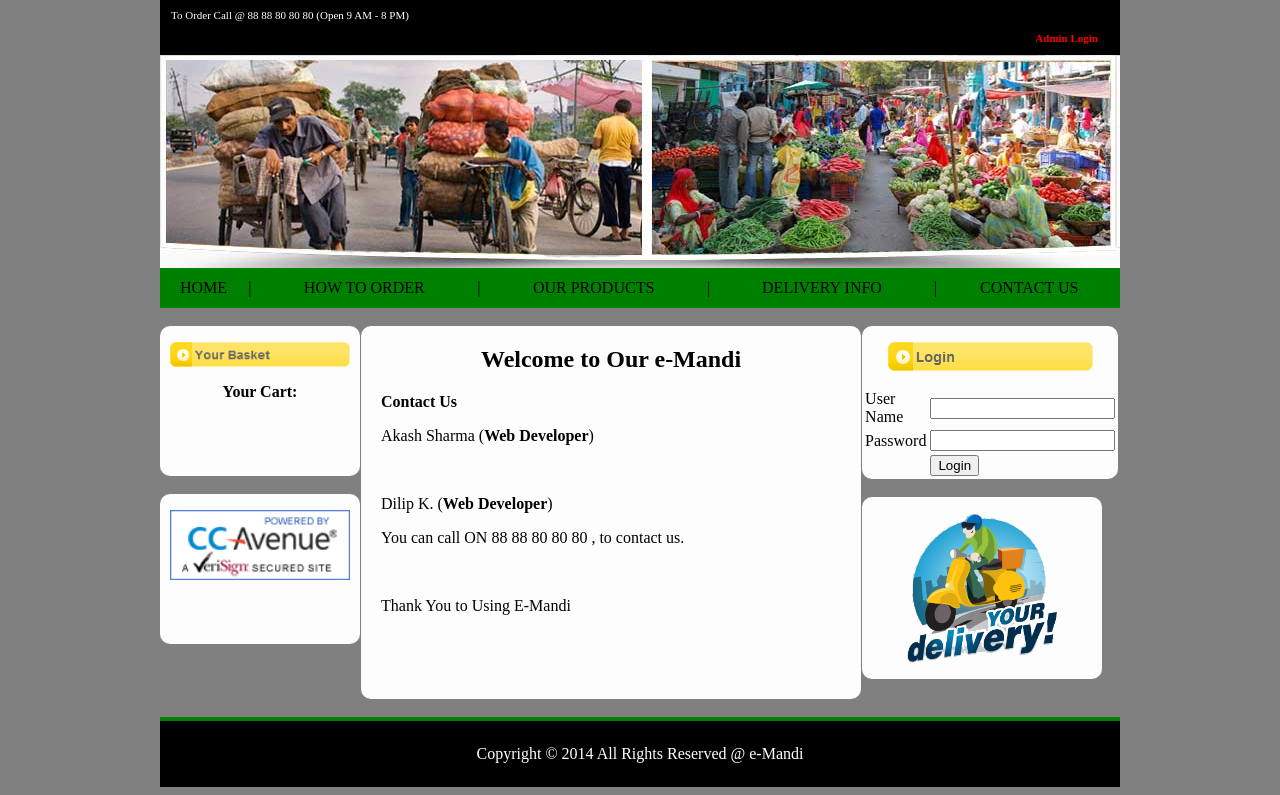
Repository: aashi12/e_mandi
Page: http://localhost/e_mandi/contactUs.jsp
These files come from the project's save history. The page is drawn as it stood at one moment and after the next save; the edit follows.
The browser window is 1280 px wide. The pictures show the whole page.
The page is served by Tomcat 9. Other server files are loaded and not shown.

Above is the page before, as saved 2014-04-18 12:15:21.

### e_mandi/WebContent/contactUs.jsp
<%@ page language="java" contentType="text/html; charset=ISO-8859-1"
    pageEncoding="ISO-8859-1"%>
<!DOCTYPE html PUBLIC "-//W3C//DTD HTML 4.01 Transitional//EN" "http://www.w3.org/TR/html4/loose.dtd">
<html>
<head>
<meta http-equiv="Content-Type" content="text/html; charset=ISO-8859-1">
<title>Online e-Mandi</title>
<link rel="stylesheet" href="style.css" />
</head>
<body bgcolor="gray">
<div id="container">
<div id="main">
<table border="0" width="960" height="270" cellspacing="0" cellpadding="0">
<tr>
<td height="25" bgcolor="black" class="order"><p> &nbsp;&nbsp;&nbsp;&nbsp;To Order Call @ 88 88 80 80 80 (Open 9 AM - 8 PM)</p>
<p align="right" class="admin"><b><a href="admin.jsp">Admin Login</a> &nbsp; &nbsp; &nbsp; &nbsp;</b></p>
</td>
</tr>
<tr>
<td class="bann">
<!--  banner -->
</td>
</tr>
</table>
<table border="0" width="960" height="40" cellspacing="0" cellpadding="0">
<tr bgcolor="green">
<td align="center" class="tab"><a href="index.jsp">HOME</a></td>
<td align="center" class="tab">|</td>
<td align="center" class="tab"><a href="howToOrder.jsp">HOW TO ORDER</a></td>
<td align="center" class="tab">|</td>
<td align="center" class="tab"><a href="ourProducts.jsp">OUR PRODUCTS</a></td>
<td align="center" class="tab">|</td>
<td align="center" class="tab"><a href="deliveryInfo.jsp">DELIVERY INFO</a></td>
<td align="center" class="tab">|</td>
<td align="center" class="tab"><a href="contactUs.jsp">CONTACT US</a></td>
</tr>
</table>
<br/>
<table border="0" width="960" height="auto" cellspacing="0" cellpadding="0">
<tr>
<td width="200" valign="top">
<table class="basket" width="200" height="150" cellspacing="0" cellpadding="0" bgcolor="#fefdfd">
<tr>
<td align="center" valign="top">
<p><img src="images/basket.png" width="180"/></p>
<p class="bask"><b>Your Cart:</b></p>
</td>
</tr>
</table>
&nbsp;
<table class="basket" width="200" height="150" cellspacing="0" cellpadding="0" bgcolor="#fefdfd">
<tr>
<td align="center" valign="top">
<p><img src="images/ccav.gif" width="180"/></p>
</td>
</tr>
</table>
</td>
<td width="560" align="center" valign="top">
<table class="basket" border="0" width="500" height="150" cellspacing="0" cellpadding="0" bgcolor="#fefdfd">
<tr>
<td  valign="top">
<h2 align="center">Welcome to Our e-Mandi</h2>
<div id="con1">
<p><b>Contact Us</b></p>
<p>Akash Sharma (<b>Web Developer</b>)</p>
<p>&nbsp;</p>
<p>Dilip K. (<b>Web Developer</b>)</p>
<p>You can call ON    88 88 80 80 80 , to contact us.</p>

<p>&nbsp;</p>

<p> Thank You to Using E-Mandi</p>
<p>&nbsp;</p>
<p>&nbsp;</p>
</div>
</td>
</tr>
</table>

</td>
<td width="300" valign="top">
<table border="0" class="basket" width="200" height="150" cellspacing="0" cellpadding="0" bgcolor="#fefdfd">
<tr>
<td align="center">
<p><img src="images/login.png" /></p>
<table width="240">
<tr>
<td>User Name</td>
<td><input type="text" name="uname"></td>
</tr>
<tr>
<td>Password</td>
<td><input type="password" name="pass"></td>
</tr>
<tr>
<td></td>
<td><input type="submit" value="Login"></td>
</tr>
</table>
</td>
</tr>
</table>
&nbsp;
<table border="0" class="basket" width="240" height="150" cellspacing="0" cellpadding="0" bgcolor="#fefdfd">
<tr>
<td align="center">
<p><img src="images/free.png" width="150" height="150" /></p>
</td>
</tr>
</table>
</td>
</tr>
</table>
&nbsp;
<table border="0" width="960" height="70" cellspacing="0" cellpadding="0">
<tr>
<td height="4" bgcolor="green"></td>
</tr>
<tr>
<td height="65" bgcolor="black" align="center" class="foot">
<p>Copyright &copy; 2014 All Rights Reserved @ e-Mandi</p>
</td>
</tr>
</table>
</div>
</div>
</body>
</html>

### e_mandi/WebContent/style.css
#container{margin-top:-10px;}
#main{margin: 0px auto;width:960px;}
.tab{color:#000;text-decoration:none;}
.tab a{color:#000;text-decoration:none;}
.tab a:hover{color:#fff;text-decoration:none;}
.tab12{color:#fff;text-decoration:none;}
.tab12 a{color:#fff;text-decoration:none;}
.tab12 a:hover{color:red;text-decoration:none;}
.bann{background-image: url(images/header.jpg);}
.order{color:#fff; font-size:11px;}
.free{padding-left:400px;}
.logo{padding-bottom:50px;}
.basket{border-radius:10px;}
.foot{color:#fff;}
.cat{color:#000;text-decoration:none;}
.cat a{color:red;text-decoration:none;}
.cat a:hover{color:green;text-decoration:none;}
.admin{color:red;text-decoration:none; }
.admin a{color:red; text-decoration:none;}
.admin a:hover{color:#fff;text-decoration:none; }
#con1{padding-left:20px;padding-right:20px;}
img{border:none;}
a{text-decoration:none;}
.log a{text-decoration:none;}
.section a{color:green;text-decoration:none;}
.section a:hover{color:red;text-decoration:none;}
.quick{color:green;text-decoration:underline;}
#login
{
	text-align:center;

}

After the next save:
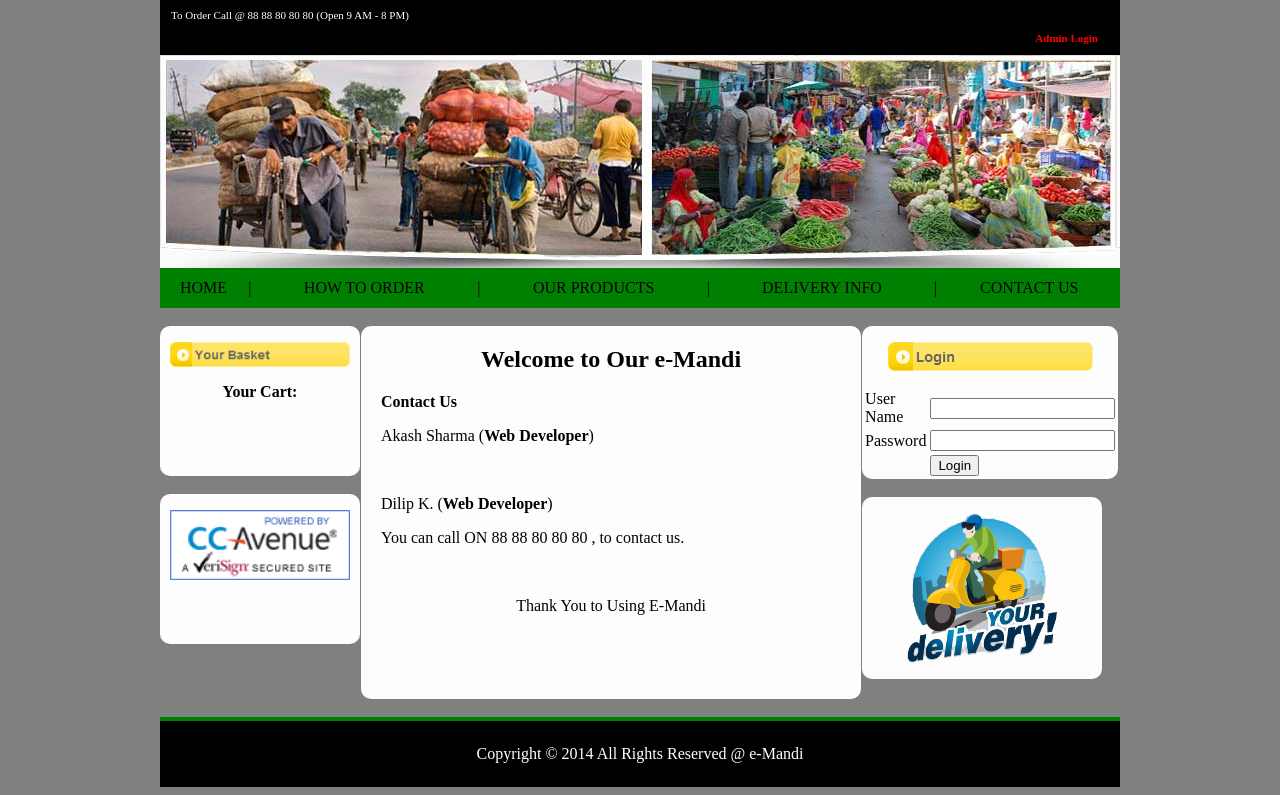
Saved 27 s later.
--- a/e_mandi/WebContent/contactUs.jsp
+++ b/e_mandi/WebContent/contactUs.jsp
@@ -70,7 +70,7 @@
 
 <p>&nbsp;</p>
 
-<p> Thank You to Using E-Mandi</p>
+<center><p> Thank You to Using E-Mandi</p></center>
 <p>&nbsp;</p>
 <p>&nbsp;</p>
 </div>
